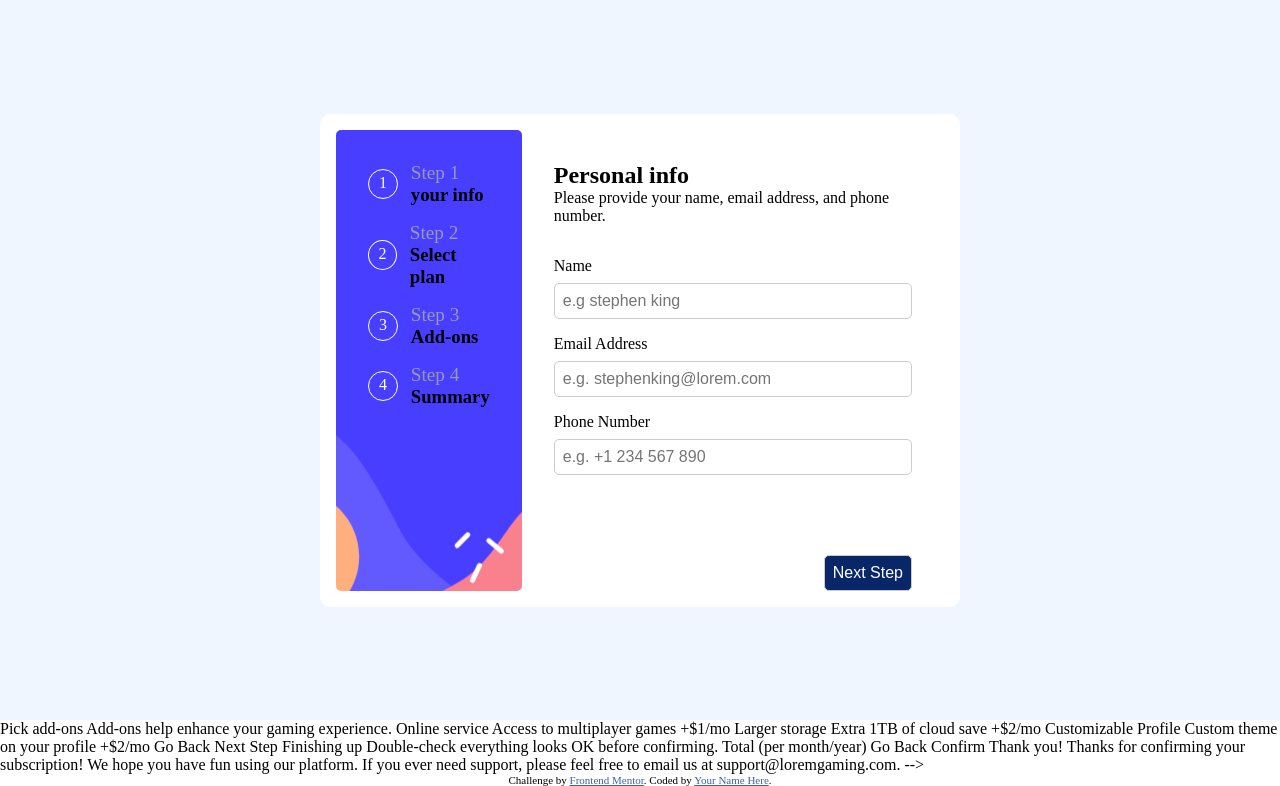
Repository: reemoon-ctrl/reemoon-ctrl.github.io
Page: index.html
An editor plug-in stored every save of this project. The page is shown before and after a run of saves, followed by the edit.
The browser window is 1280 px wide. The pictures show the whole page.

Above is the page before, as saved 2025-04-29 10:06:59.

### index.html
<!DOCTYPE html>
<html lang="en">

<head>
  <meta charset="UTF-8">
  <meta name="viewport" content="width=device-width, initial-scale=1.0">
  <!-- displays site properly based on user's device -->

  <link rel="icon" type="image/png" sizes="32x32" href="./assets/images/favicon-32x32.png">
  <link rel="stylesheet" href="./style.css">
  <title>Frontend Mentor | Multi-step form</title>

  <!-- Feel free to remove these styles or customise in your own stylesheet 👍 -->
  <style>
    .attribution {
      font-size: 11px;
      text-align: center;
    }

    .attribution a {
      color: hsl(219, 45%, 44%);
    }
  </style>
</head>

<body>
  <div class="containerCenter">
    <div class="container">
      <div class="sidebar">
        <ul class="sidebarList">
          <li class="sidebar_ele">
            <div>1</div>
            <div>
              <p>Step 1</p>
              <h3>your info</h3>
            </div>
          </li>
          <li class="sidebar_ele">
            <div>2</div>
            <div>
              <p> Step 2</p>
              <h3>Select plan</h3>
            </div>

          </li>
          <li class="sidebar_ele">
            <div>3</div>
            <div>
              <p>Step 3</p>
              <h3>Add-ons</h3>
            </div>
          </li>
          <li class="sidebar_ele">
            <div>4</div>
            <div>
              <p>Step 4</p>
              <h3>Summary</h3>
            </div>

          </li>
        </ul>
      </div>
      <div class="main">
        <div class="formHeader">
          <h2>Personal info</h2>
          <p>Please provide your name, email address, and phone number.
          </p>
        </div>
        <form class="formContainer">
          <div class="formLabelInput">
            <label for="name">Name</label>
            <input type="text" id="name" name="name" placeholder="e.g stephen king">
          </div>
          <div class="formLabelInput">
            <label for="email">Email Address</label>
            <input type="email" id="email" name="email" placeholder="e.g. stephenking@lorem.com">
          </div>
          <div class="formLabelInput">
            <label for="phone">Phone Number</label>
            <input type="tel" name="phone number" placeholder="e.g. +1 234 567 890">
          </div>
          <div id="nextStep">
            <!-- <label for="username">Username:</label> -->
            <button type="button" id="nextStepbtn" name="next step">Next Step</button>
          </div>
        </form>

        <!-- Step 1 end -->
      </div>

    </div>
  </div>

  <!-- Sidebar start -->



  <!-- Sidebar end -->



  <!-- Step 2 start -->
  <!--
  Select your plan
  You have the option of monthly or yearly billing.

  Arcade
  $9/mo

  Advanced
  $12/mo

  Pro
  $15/mo

  Monthly
  Yearly

  Go Back
  Next Step

  <!-- Step 2 end -->

  <!-- Step 3 start -->

  Pick add-ons
  Add-ons help enhance your gaming experience.

  Online service
  Access to multiplayer games
  +$1/mo

  Larger storage
  Extra 1TB of cloud save
  +$2/mo

  Customizable Profile
  Custom theme on your profile
  +$2/mo

  Go Back
  Next Step

  <!-- Step 3 end -->

  <!-- Step 4 start -->

  Finishing up
  Double-check everything looks OK before confirming.

  <!-- Dynamically add subscription and add-on selections here -->

  Total (per month/year)

  Go Back
  Confirm

  <!-- Step 4 end -->

  <!-- Step 5 start -->

  Thank you!

  Thanks for confirming your subscription! We hope you have fun
  using our platform. If you ever need support, please feel free
  to email us at support@loremgaming.com. -->

  <!-- Step 5 end -->

  <div class="attribution">
    Challenge by <a href="https://www.frontendmentor.io?ref=challenge" target="_blank">Frontend Mentor</a>.
    Coded by <a href="#">Your Name Here</a>.
  </div>
</body>

</html>

### style.css
*{
    padding: 0;
    margin: 0;
    box-sizing:border-box;
}
.container{
    background: #ffffff;
    display: grid;
    grid-template-columns: 1fr 3fr;
    padding: 1rem;
    width:50%;
    height:fit-content;
    align-items: center;
    justify-content: center;
    align-content: center;;
    justify-items:center ;
    z-index: 100;
    /* margin-top: 25%; */
    border-radius: 10px;

}
.containerCenter{
    height:100vh;
    display: flex;
    justify-content: center;
    align-items: center;
    align-content: center;
    background-color: #f0f6ff;
}
.main{
    padding: 2rem 2rem 0 2rem;
    display: grid;
}
.sidebar{
    border-radius: 5px;
    height:100% ;
    padding: 2rem;
    background:no-repeat url(./assets/images/bg-sidebar-desktop.svg) center ;
}
.sidebarList{
    list-style: none;
    display: flex;
    flex-direction: column;
    gap: 1rem;
    justify-content: space-between;
    /* height: 100%; */
}
.sidebar_ele{
    display: flex;
    /* align-content:stretch; */
    gap: .8rem;
    align-items: center;
    width: ;
    /* padding: 2rem; */
}
.sidebar_ele>div:first-child{
    width: 30px;
    height:30px;
    /* background-color: #adbeff; */
    border: 1px solid #ffffff;
    border-radius: 50%;
    text-align: center;
    padding: .3rem .5rem .3rem .5rem ;
    color:#fff;
}
.sidebar_ele>div:last-child>p{
    font-size: 1.2rem;
    color: #9699ab;
}
.formContainer{
    display: grid;
    grid-template-columns:1fr ;
    gap:1rem ;
}
.formHeader{
    padding-bottom: 2rem;
}
.formLabelInput{
    display: flex;
    flex-direction: column;
    gap:.5rem;
}
#nextStep{
    display: flex;
    justify-content:flex-end;
    align-items: center;
    /* background-color: #bff2f6; */
    padding-top: 4rem;
}
#nextStepbtn{
    padding: .5rem;
    border-radius: 5px;
    border: 1px solid #ccc;
    background-color: #092668;
    color: #fff;
    font-size: 1rem;
    /* color: #333; */
    cursor: pointer;
}
.formLabelInput>input{
    padding: .5rem;
    border-radius: 5px;
    border: 1px solid #ccc;
    background-color: #fff;
    font-size: 1rem;
    color: #333;
}

After the next 2 saves:
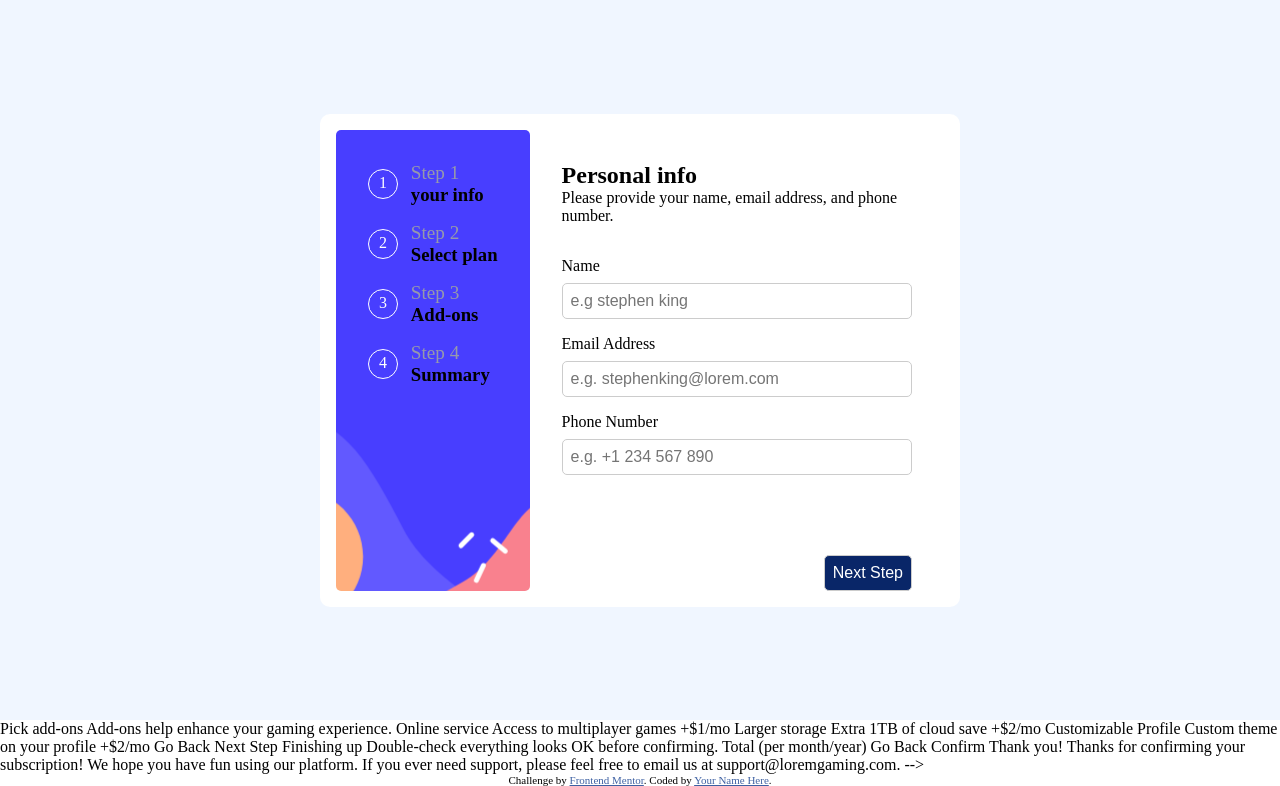
The 2 saves are shown as one change because they came seconds apart.
The last was saved 7 s later.
--- a/style.css
+++ b/style.css
@@ -50,7 +50,7 @@
     /* align-content:stretch; */
     gap: .8rem;
     align-items: center;
-    width: ;
+    width:max-content;
     /* padding: 2rem; */
 }
 .sidebar_ele>div:first-child{
